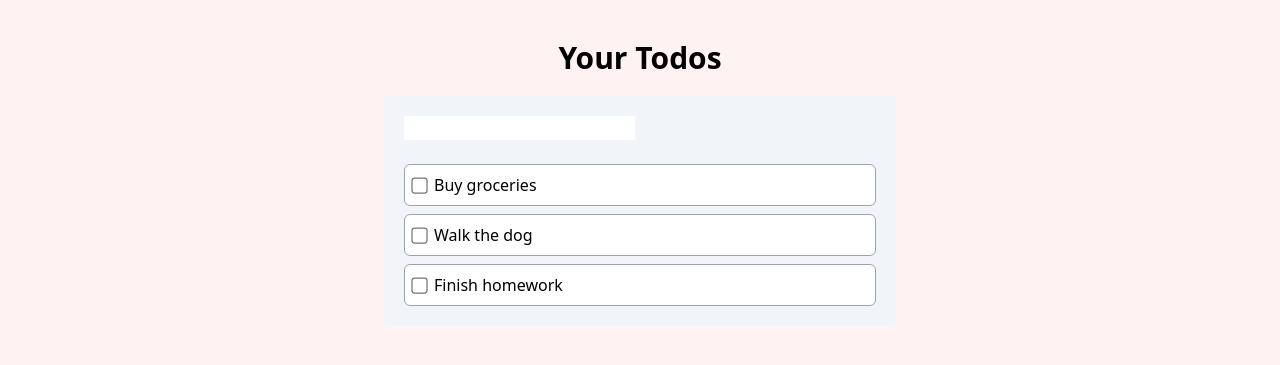
Repository: kocokoy/lodo-list-react-ts-tailwind
Page: /
The author's editor kept a copy of each file at every save. The page is drawn from the files as they stood at one save, then again after the next save.
The browser window is 1280 px wide. The pictures show the whole page.
The project was rebuilt for these pictures with package versions that can differ from the ones it lists, and the page was loaded fresh each time. Also part of the build but not shown: vite.config.ts.

Above is the page before, as saved 2025-07-29 17:35:07.

After the next save:
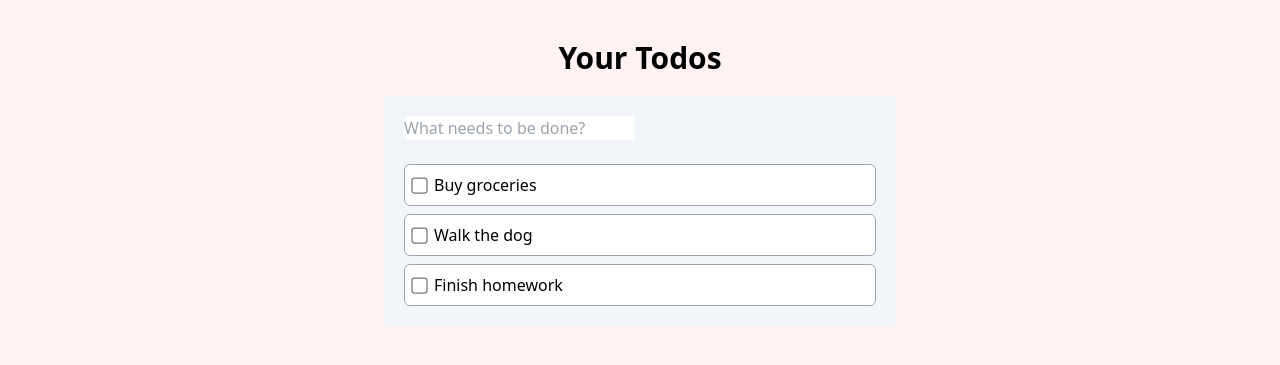
Saved 53 s later.
--- a/src/components/AddTodoForm.tsx
+++ b/src/components/AddTodoForm.tsx
@@ -1,7 +1,10 @@
 export default function AddTodoForm() {
   return(
     <form>
-      <input type="text" />
+      <input type="text"
+        placeholder="What needs to be done?"
+        className="rounded-s-md "
+      />
     </form>
   )
 }
